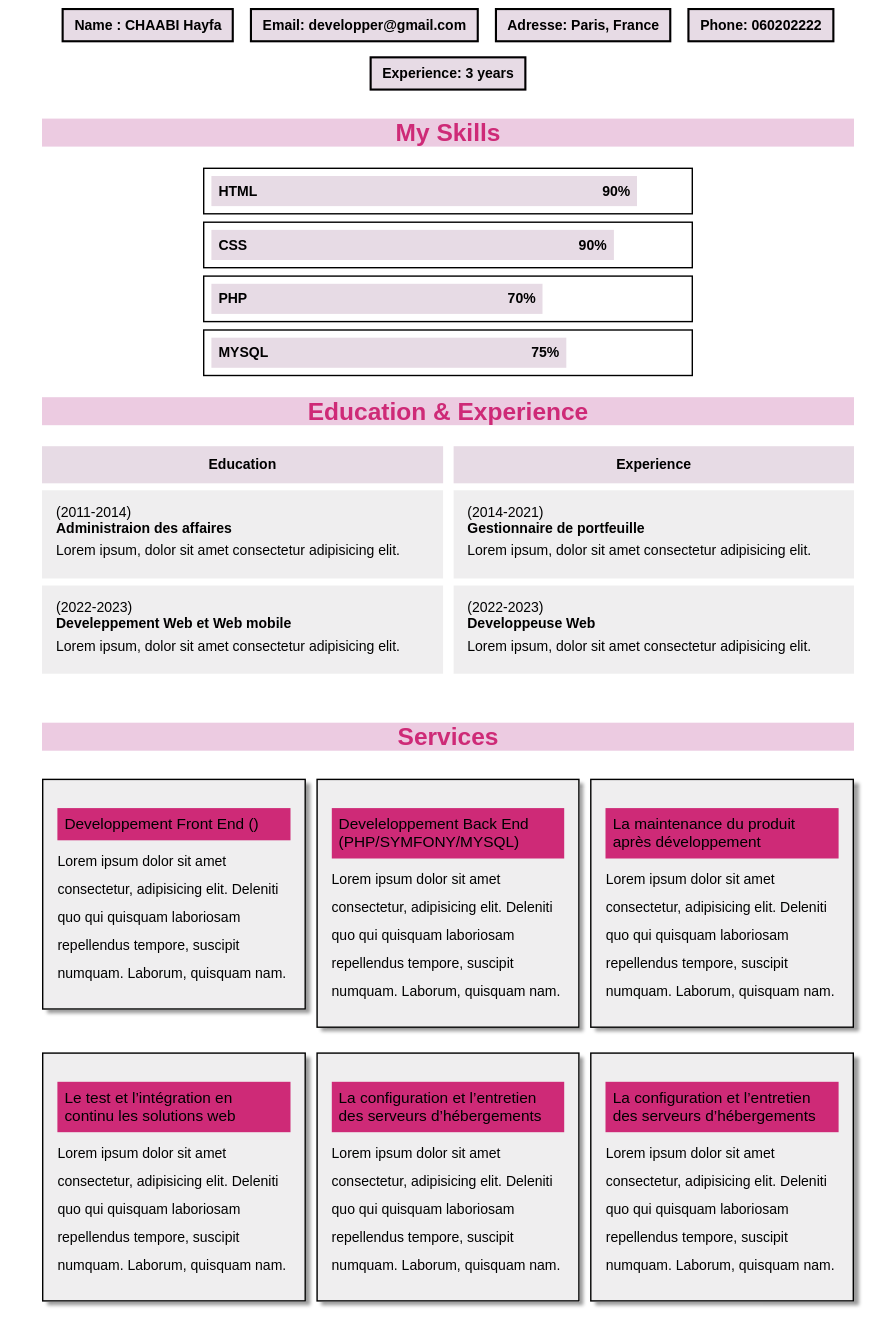
Repository: haifabilel/portfolio_project
Page: http://localhost/
The author's editor kept a copy of each file at every save. The page is drawn from the files as they stood at one save, then again after a run of saves.
The browser window is 1280 px wide. The pictures show the part of the page from y = 758 to 2678 px (the page is 2678 px tall), at 70% of full size.
Some web fonts or font styles are not loaded; a fallback is used. The page is run by PHP 8.4 with error messages shown; the project is at /var/www/html/.

Above is the page before, as saved 2023-09-17 14:50:18.

After the next 2 saves:
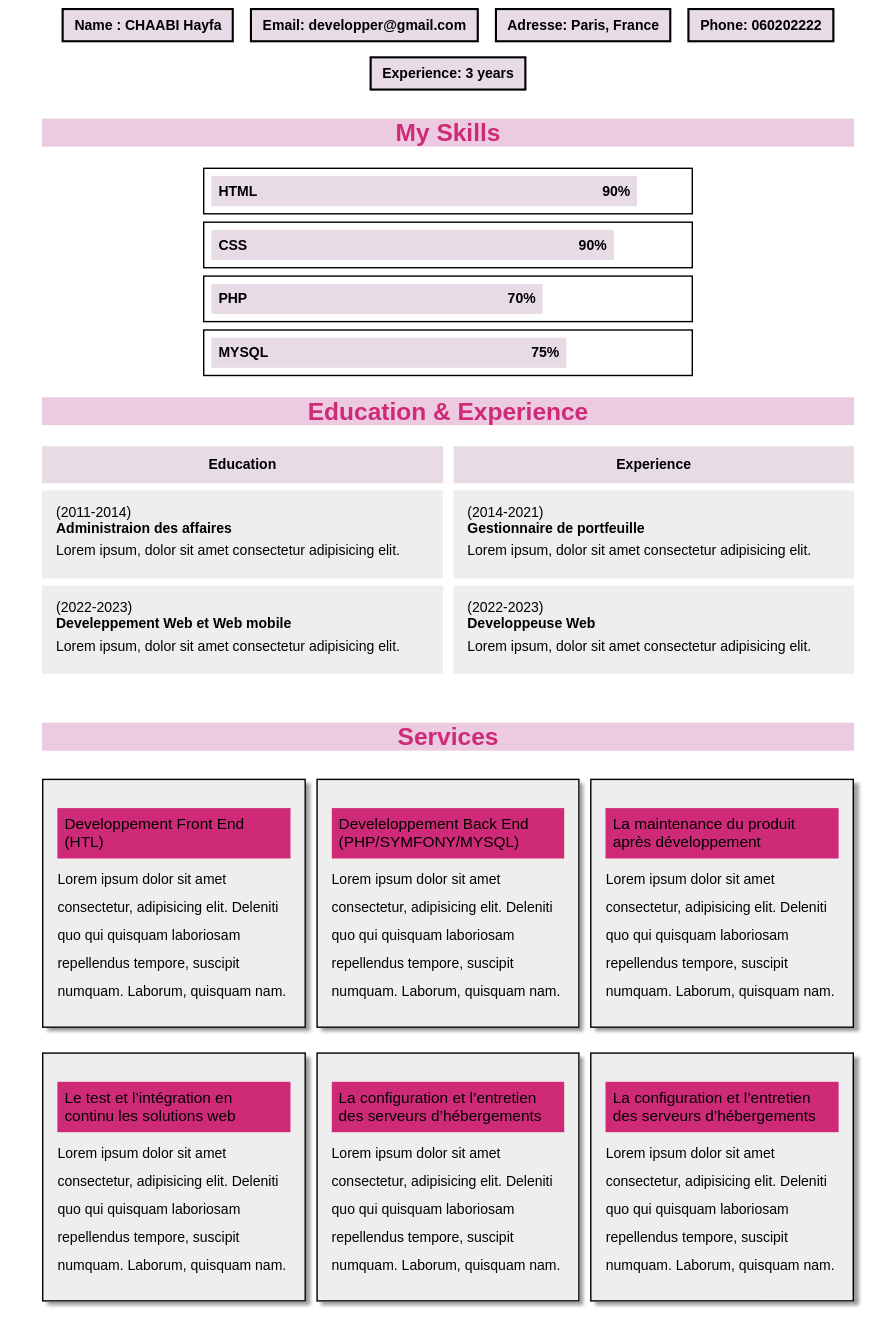
The 2 saves are shown as one change because they came seconds apart.
The last was saved 6 s later.
--- a/index.php
+++ b/index.php
@@ -113,7 +113,7 @@
 <h2 class="myservice">Services</h2>
 <div class="box-container">
     <div class="box">
-        <h3>Developpement Front End ()</h3>
+        <h3>Developpement Front End (HTL)</h3>
         <p>Lorem ipsum dolor sit amet consectetur, adipisicing elit. Deleniti quo qui quisquam laboriosam repellendus tempore,
             suscipit numquam. Laborum, quisquam nam.</p>
     </div>
